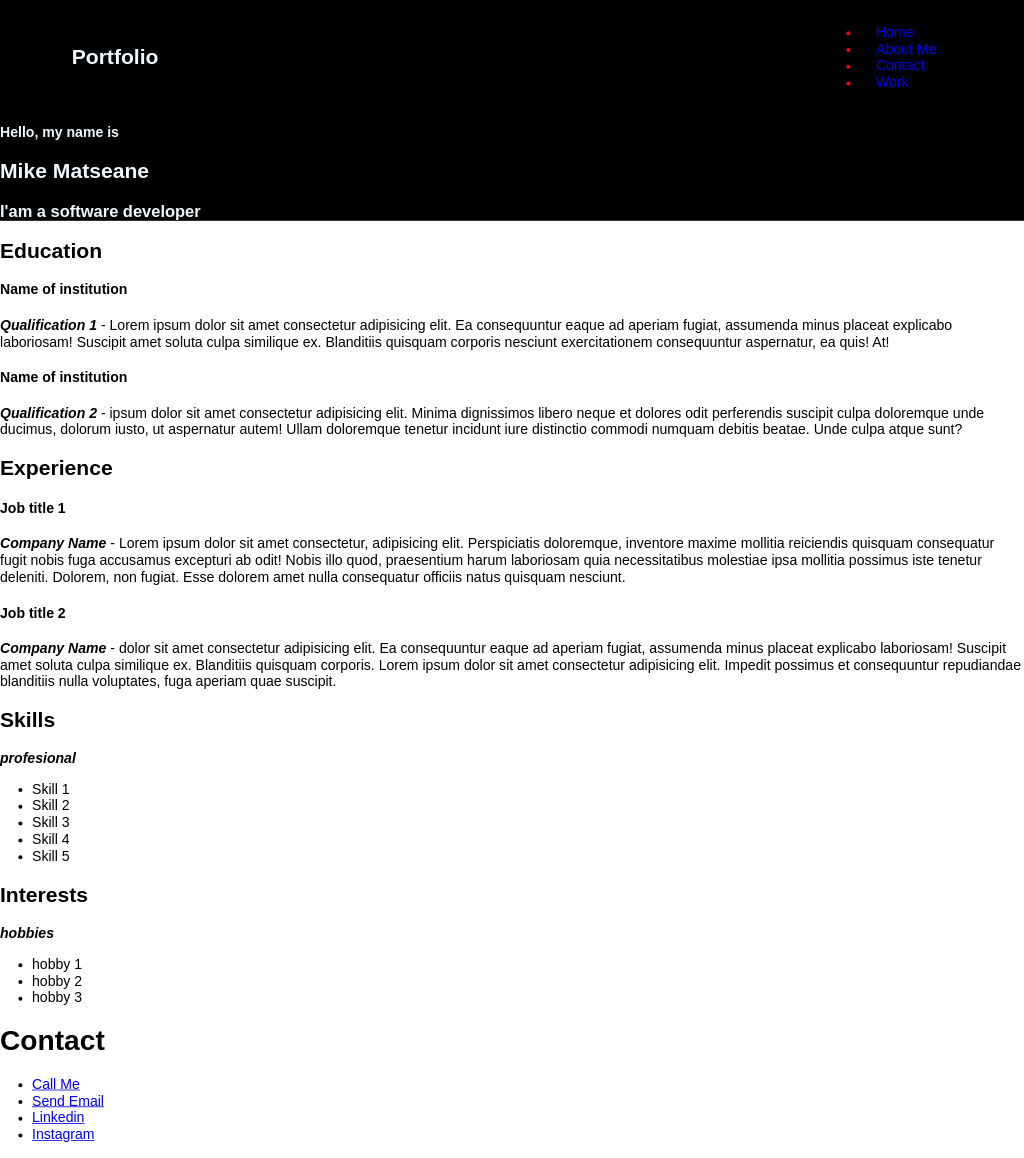
Repository: mikempho/Resume1
Page: resume1.html
An editor plug-in stored every save of this project. The page is shown before and after a run of saves, followed by the edit.
The browser window is 1280 px wide. The pictures show the whole page, at 80% of full size.

Above is the page before, as saved 2022-03-26 09:25:35.

After the next 2 saves:
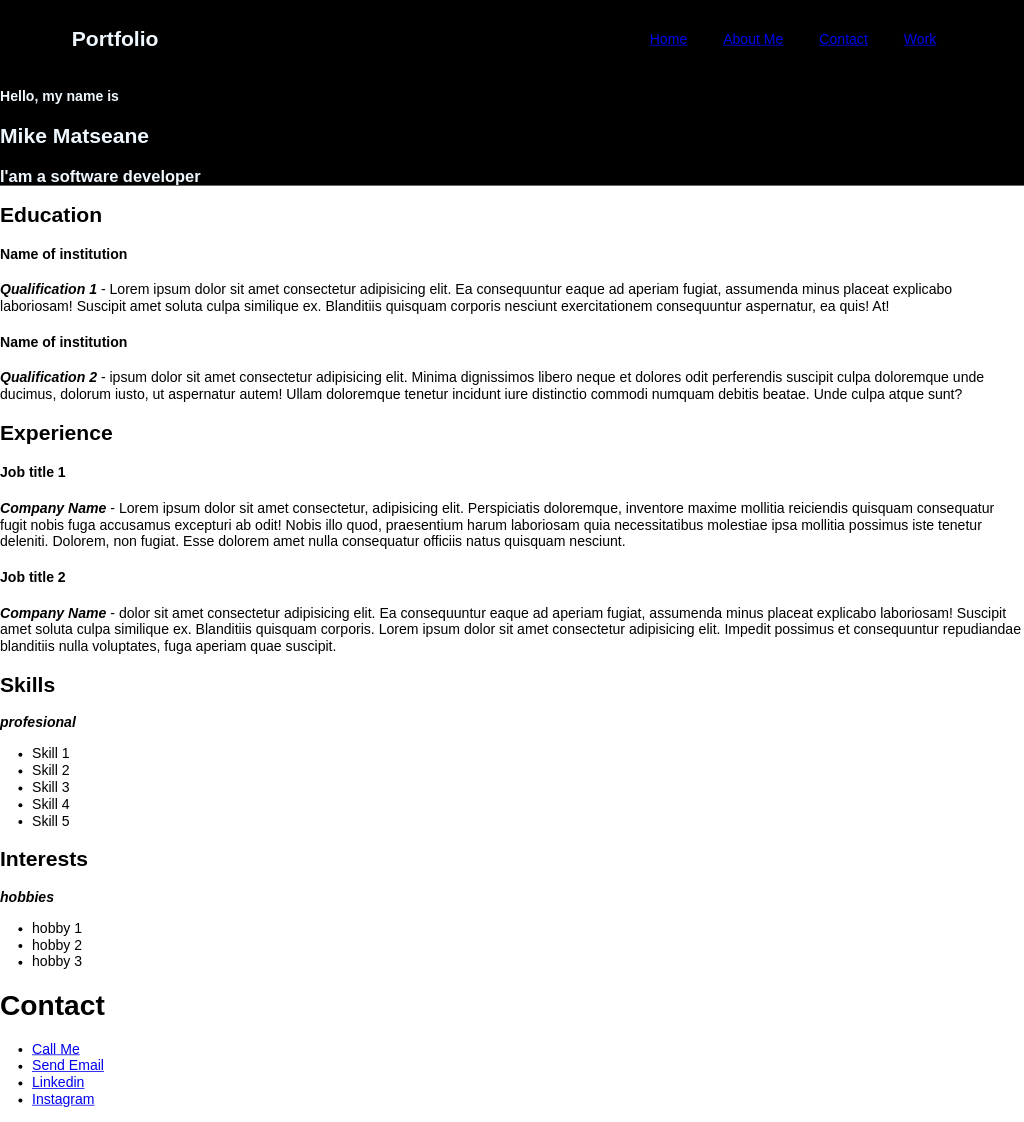
The 2 saves are shown as one change because they came seconds apart.
The last was saved 11 s later.
--- a/css/stylesheet.css
+++ b/css/stylesheet.css
@@ -20,11 +20,10 @@ body{
   padding-right:7%;
 }
 
-nav ul li a{
+nav ul li{
   list-style: none;
   display: inline;
   padding: 0 20px;
-  text-decoration: none;
 }
 
 nav ul:last-child {
